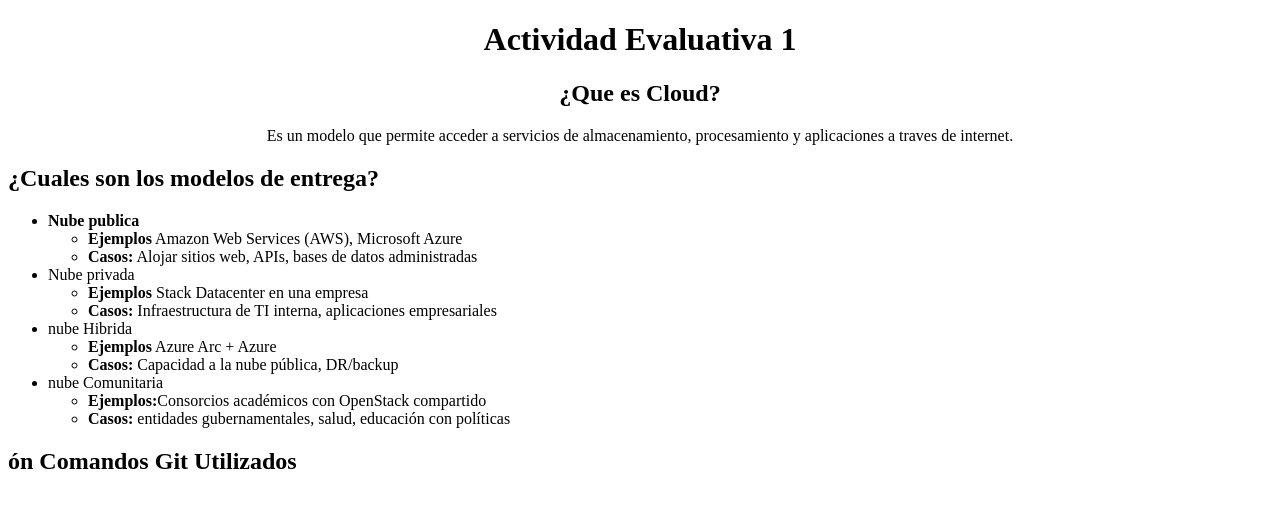
Repository: Laura-Oliveros/Actividad-Evaluativa-1
Page: LauSebas.html
An editor plug-in stored every save of this project. The page is shown before and after the next save, followed by the edit.
The browser window is 1280 px wide. The pictures show the whole page.

Above is the page before, as saved 2025-09-04 19:29:53.

### LauSebas.html
<!DOCTYPE html>
<html lang="en">
<head>
    <meta charset="UTF-8">
    <meta name="viewport" content="width=device-width, initial-scale=1.0">
    <title>Actividad Evaluativa 1</title>
</head>
<body>
    <div class="contenedor" style="text-align: center;">
        <h1>Actividad Evaluativa 1</h1>
        <h2>¿Que es Cloud?</h2>
        <p>Es un modelo que permite acceder a servicios de almacenamiento, procesamiento y aplicaciones a traves de internet.</p>
    </div>

    <div class="contenedor" style="text-align: left;">
        <h2>¿Cuales son los modelos de entrega?</h2>
        <ul>
            <li><strong>Nube publica</strong></li>
            <ul>
                <li><strong>Ejemplos</strong> Amazon Web Services (AWS), Microsoft Azure</li>
                <li><strong>Casos:</strong> Alojar sitios web, APIs, bases de datos administradas</li>
            </ul>

            <li>Nube privada</li>
            <ul>
                <li><strong>Ejemplos</strong> Stack Datacenter en una empresa</li>
                <li><strong>Casos:</strong> Infraestructura de TI interna, aplicaciones empresariales</li>
            </ul>

            <li>nube Hibrida</li>
            <ul>
                <li><strong>Ejemplos</strong> Azure Arc + Azure</li>
                <li><strong>Casos:</strong> Capacidad a la nube pública, DR/backup</li>
            </ul>

            <li>nube Comunitaria</li>
            <ul>
                <li><strong>Ejemplos:</strong>Consorcios académicos con OpenStack compartido</li>
                <li><strong>Casos:</strong> entidades gubernamentales, salud, educación con políticas</li>
            </ul>
        </ul>
    </div>

    <div class="contenedor" style="text-align: left;">
        <h2>ón Comandos Git Utilizados</h2>
    </div>



</body>
</html>

After the next save:
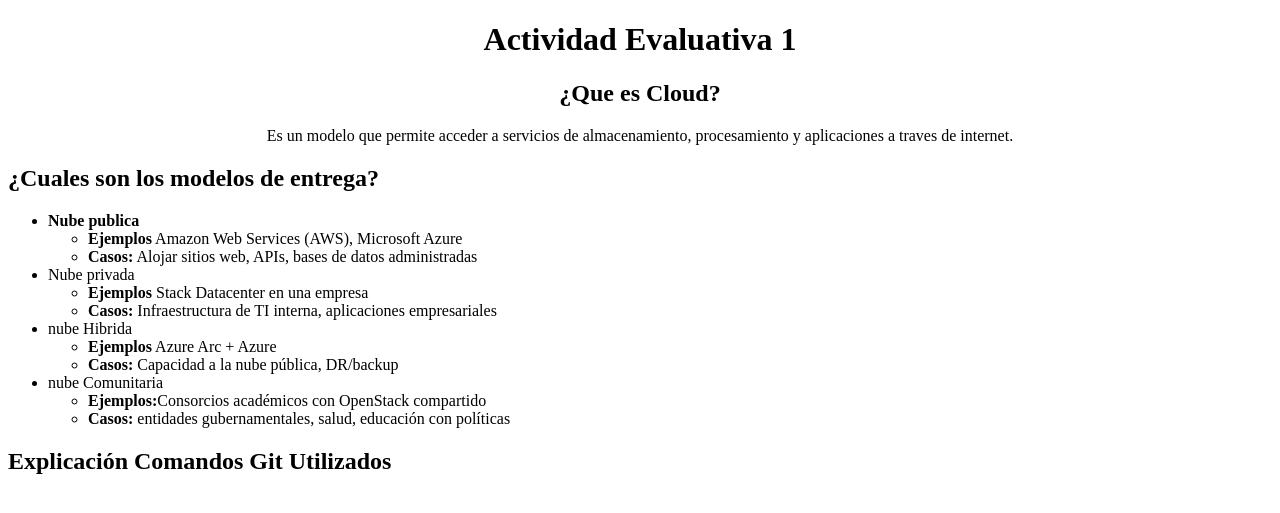
Saved 33 s later.
--- a/LauSebas.html
+++ b/LauSebas.html
@@ -42,7 +42,7 @@
     </div>
 
     <div class="contenedor" style="text-align: left;">
-        <h2>ón Comandos Git Utilizados</h2>
+        <h2>Explicación Comandos Git Utilizados</h2>
     </div>
 
 
